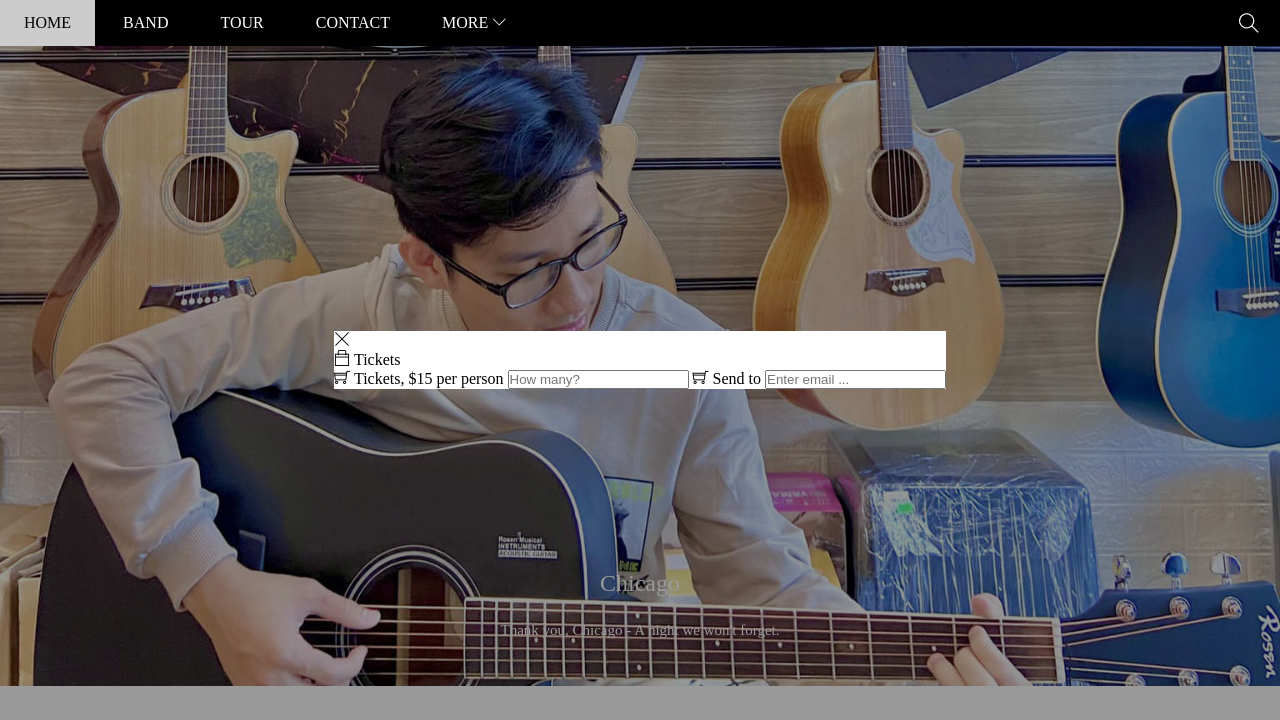
Repository: quochung2k3/Web-Team
Page: index.html
These files come from the project's save history. The page is drawn as it stood at one moment and after the next save; the edit follows.
The browser window is 1280 px wide. The pictures show the window.
A layer covers the whole window, so only the first screen is drawn.

Above is the page before, as saved 2023-08-14 19:09:11.

### index.html
<!DOCTYPE html>
<html lang="en">
<head>
    <meta charset="UTF-8">
    <meta name="viewport" content="width=device-width, initial-scale=1.0">
    <title>Web The Band</title>
    <link rel="stylesheet" href="./assets/css/style.css">
    <link rel="stylesheet" href="./assets/fonts/themify-icons/themify-icons.css">
</head>
<body>
    <div id="wrapper">
        <div id="header">
            <ul id="nav">
                <li><a href="">Home</a></li>
                <li><a href="">Band</a></li>
                <li><a href="">Tour</a></li>
                <li><a href="">Contact</a></li>
                <li>
                    <a href="">
                        More
                        <i class="nav-arrow-down ti-angle-down"></i>
                    </a>
                    <ul class="subnav">
                        <li><a href="">Merchandise</a></li>
                        <li><a href="">Extras</a></li>
                        <li><a href="">Media</a></li>
                    </ul>
                </li>
            </ul>
            <div class="search-button">
                <i class="search-icon ti-search"></i>
            </div>
        </div>

        <div id="slider">
            <div class="text-content">
                <h2 class="text-heading">Chicago</h2>
                <div class="text-description">Thank you, Chicago - A night we won't forget.</div>
            </div>
        </div>

        <div id="content">
            <div class="content-section">
                <h2 class="section-heading">THE BAND</h2>
                <p class="section-sub-heading">We love music</p>
                <p class="about-text">
                    We have created a fictional band website. Lorem ipsum dolor sit amet, consectetur adipiscing elit, sed do eiusmod tempor incididunt ut labore et dolore magna aliqua. Ut enim ad minim veniam, quis nostrud exercitation ullamco laboris nisi ut aliquip ex ea commodo consequat. Duis aute irure dolor in reprehenderit in voluptate velit esse cillum dolore eu fugiat nulla pariatur. Excepteur sint occaecat cupidatat non proident, sunt in culpa qui officia deserunt mollit anim id est laborum consectetur adipiscing elit, sed do eiusmod tempor incididunt ut labore et dolore magna aliqua. Ut enim ad minim veniam, quis nostrud exercitation ullamco laboris nisi ut aliquip ex ea commodo consequat.

                </p>
                <div class="member-list">
                    <div class="member-items">
                        <p class="member-name">Name</p>
                        <img src="./assets/img/slider2.jpg" alt="" class="member-img">
                    </div>

                    <div class="member-items">
                        <p class="member-name">Name</p>
                        <img src="./assets/img/slider2.jpg" alt="" class="member-img">
                    </div>

                    <div class="member-items">
                        <p class="member-name">Name</p>
                        <img src="./assets/img/slider2.jpg" alt="" class="member-img">
                    </div>
                    <div class="clear"></div>
                </div>
            </div>
            <div class="tour-section">
                <div class="content-section">
                    <h2 class="section-heading text-white">TOUR DATES</h2>
                    <p class="section-sub-heading text-white">Remember to book your tickets!</p>
                    <ul class="tickets-list">
                        <li>September <span class="sold-out">Sold out</span></li>
                        <li>October <span class="sold-out">Sold out</span></li>
                        <li>November <span class="quantity">3</span></li>
                    </ul>
                    <div class="places-List">
                        <div class="place-items">
                            <img src="./assets/img/slider1.jpg" alt="New York" class="place-img">
                            <div class="place-body">
                                <h3 class="place-heading">New York</h3>
                                <p class="place-time">Fri 27 Nov 2016</p>
                                <p class="place-description">Lorem ipsum dolor sit amet consectetur adipisicing.</p>
                                <a href="" class="place-buy-btn">Buy Tickets</a>
                            </div>
                        </div>

                        <div class="place-items">
                            <img src="./assets/img/slider1.jpg" alt="New York" class="place-img">
                            <div class="place-body">
                                <h3 class="place-heading">New York</h3>
                                <p class="place-time">Fri 27 Nov 2016</p>
                                <p class="place-description">Lorem ipsum dolor sit amet consectetur adipisicing.</p>
                                <a href="" class="place-buy-btn">Buy Tickets</a>
                            </div>
                        </div>

                        <div class="place-items">
                            <img src="./assets/img/slider1.jpg" alt="New York" class="place-img">
                            <div class="place-body">
                                <h3 class="place-heading">New York</h3>
                                <p class="place-time">Fri 27 Nov 2016</p>
                                <p class="place-description">Lorem ipsum dolor sit amet consectetur adipisicing.</p>
                                <a href="" class="place-buy-btn">Buy Tickets</a>
                            </div>
                        </div>
                        <div class="clear"></div>
                    </div>
                </div>
            </div>
        </div>

        <div id="footer">

        </div>

        <div class="modal">
            <div class="modal-container">
                <div class="modal-close">
                    <i class="ti-close"></i>
                </div>
                <header class="modal-header">
                    <i class="ti-bag"></i>
                    Tickets
                </header>

                <div class="modal-body">
                    <label for="" class="modal-label">
                        <i class="ti-shopping-cart"></i>
                        Tickets, $15 per person
                    </label>
                    <input type="text" class="modal-input" placeholder="How many?">

                    <label for="" class="modal-label">
                        <i class="ti-shopping-cart"></i>
                        Send to
                    </label>
                    <input type="text" class="modal-input" placeholder="Enter email ...">
                </div>
            </div>
        </div>
    </div>
</body>
</html>

### assets/css/style.css
* {
    margin: 0;
    padding: 0;
    box-sizing: border-box;
}

.html {
    font-family: Arial, Helvetica, sans-serif;
}

.clear {
    clear: both;
}

.text-white {
    color: #fff !important;
}

#wrapper {

}

#header {
    position: fixed;
    top: 0;
    left: 0;
    right: 0;
    background-color: #000;
    height: 46px;
    z-index: 1;
}

#nav {
    display: inline-block;
}

#nav .subnav {
    list-style-type: none;
}

#nav > li {
    display: inline-block;
}

#nav li {
    position: relative;
}

#nav > li > a {
    color: #fff;
    text-transform: uppercase;
}

#nav li a {
    text-decoration: none;
    line-height: 46px;
    padding: 0 24px;
    display: block;
}

#nav li:hover .subnav {
    display: block;
}

#nav > li:hover > a,
#nav .subnav li:hover a {
    background-color: #ccc;
    color: #000;
}

#nav .subnav {
    display: none;
    min-width: 160px;
    top: 100%;
    left: 0;
    position: absolute;
    background-color: #fff;
    box-shadow: 0 0 10px rgba(0, 0, 0, 0.3);
}

#nav .subnav a {
    color: #000;
    padding: 0 12px;
    line-height: 38px;
}

#nav .nav-arrow-down {
    font-size: 14px;
}

#header .search-button {
    float: right;
    padding: 0 21px;
}

#header .search-icon {
    color: #fff;
    font-size: 20px;
    line-height: 46px;
}

#header .search-button:hover {
    background-color: #f44336;
    cursor: pointer;
}

#slider {
    margin-top: 46px;
    padding-top: 50%;
    background-image: url(../img/slider3.jpg);
    background-repeat: no-repeat;
    background-size: cover;
    background-position: top center;
    position: relative;
}

#slider .text-content {
    position: absolute;
    bottom: 47px;
    color: #fff;
    width: 100%;
    text-align: center;
}

#slider .text-heading {
    font-weight: 500;
    font-size: 24px;
}

#slider .text-description {
    font-size: 15px;
    margin-top: 25px;
}

#content {

}

#content .content-section {
    width: 800px;
    margin: 0 auto;
    padding: 64px 0;
}

#content .section-heading {
    font-size: 30px;
    font-weight: 500;
    text-align: center;
    letter-spacing: 4px;
}

#content .section-sub-heading {
    font-size: 15px;
    font-style: italic;
    text-align: center;
    margin-top: 25px;
    opacity: 0.6;
}

#content .about-text {
    font-size: 15px;
    margin-top: 25px;
    text-align: justify;
    line-height: 1.4;
}

#content .member-list {
    margin-top: 48px;
}

#content .member-items {
    float: left;
    width: calc(100%/3);
    text-align: center;
}

#content .member-name {
    font-size: 15px;
}

#content .member-img {
    margin-top: 15px;
    width: 154px;
    border-radius: 4px;
}

.tour-section {
    background-color: #000;
}

.tickets-list {
    background-color: #fff;
    margin-top: 40px;
}

.tickets-list li {
    font-size: 15px;
    list-style: none;
    padding: 11px 16px;
    border-bottom: 1px solid #ddd;
    color: #757575;
}

.tickets-list .sold-out {
    background-color: #f44336;
    color: #fff;
    padding: 3px 4px;
    margin-left: 16px;
}

.tickets-list .quantity {
    float: right;
    width: 24px;
    height: 24px;
    background-color: #000;
    color: #fff;
    border-radius: 50%;
    text-align: center;
    line-height: 24px;
    margin-top: -3px;
}

.places-List {
    margin: 32px -8px 0;
    padding-bottom: 48px;
}

.place-items {
    float: left;
    width: 33.33333%;
    padding: 0 8px;
}

.place-img {
    width: 100%;
    display: block;
}

.place-img:hover {
    opacity: 0.6;
}

.place-body {
    background-color: #fff;
    font-size: 15px;
    padding: 16px;
}

.place-heading {
    font-size: 15px;
    font-weight: 600;
}

.place-time {
    margin-top: 15px;
    color: #757575;
}

.place-description {
    margin-top: 15px;
    line-height: 1.4;
}

.place-buy-btn {
    margin-top: 15px;
    text-decoration: none;
    color: #fff;
    background-color: #000;
    padding: 11px 16px;
    display: inline-block;
}

.place-buy-btn:hover {
    color: #000;
    background-color: #ccc;
}

#footer {

}

.modal {
    position: fixed;
    top: 0;
    right: 0;
    bottom: 0;
    left: 0;
    background: rgba(0, 0, 0, 0.4);
    display: flex;
    align-items: center;
    justify-content: center;
}

.modal-container {
    background-color: #fff;
}

.modal-close {

}

.ti-close {

}

.modal-header {

}

.ti-bag {

}

.modal-body {

}

.modal-label {

}

.ti-shopping {

}

.modal-input {

}

Loaded but not shown: assets/fonts/themify-icons/themify-icons.css (common file)

After the next save:
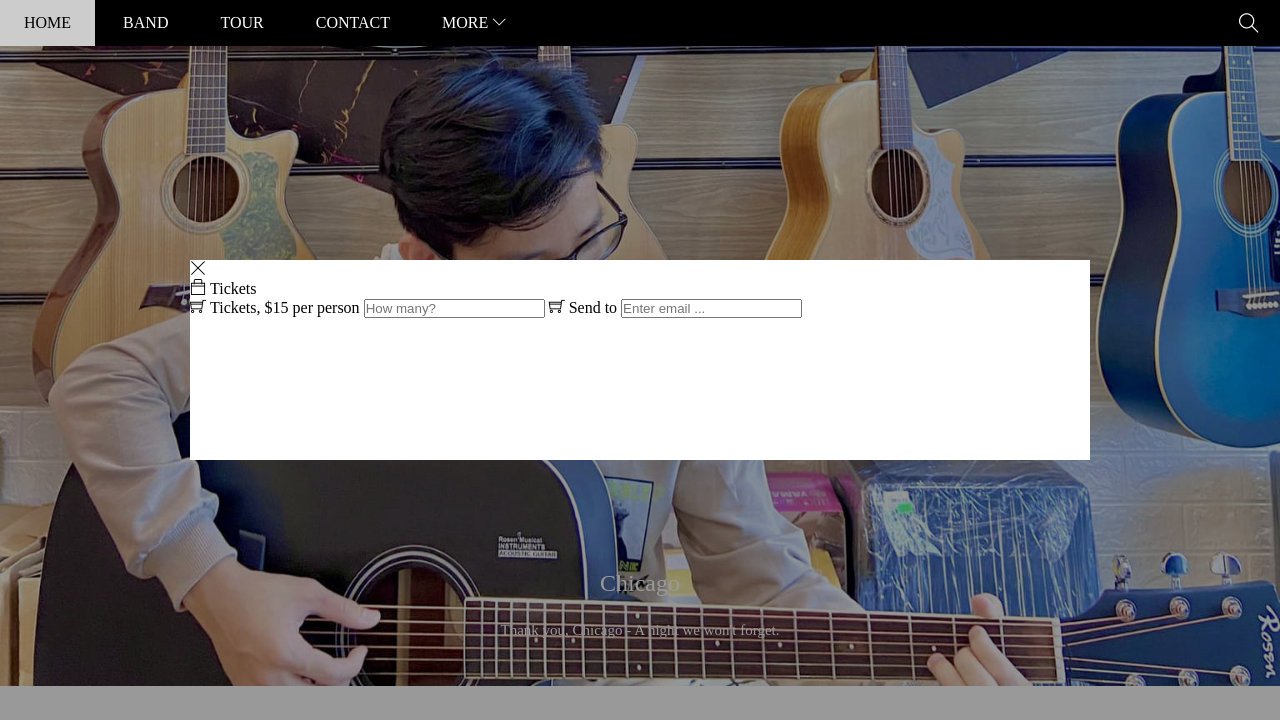
Saved 87 s later.
--- a/assets/css/style.css
+++ b/assets/css/style.css
@@ -293,6 +293,8 @@
 
 .modal-container {
     background-color: #fff;
+    width: 900px;
+    height: 200px;
 }
 
 .modal-close {
